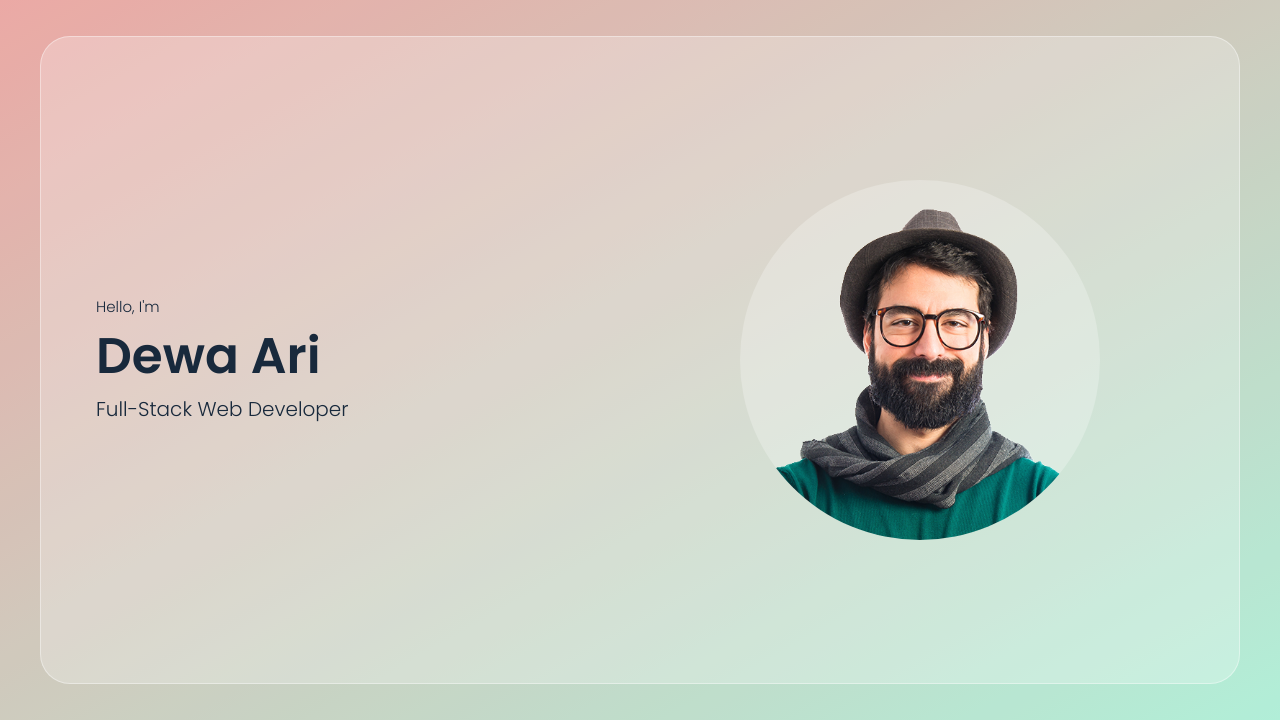
Repository: dewaary/Glassmorp-me
Page: index.html
The author's editor kept a copy of each file at every save. The page is drawn from the files as they stood at one save, then again after the next save.
The browser window is 1280 px wide. The pictures show the whole page.

Above is the page before, as saved 2021-05-12 22:24:45.

After the next save:
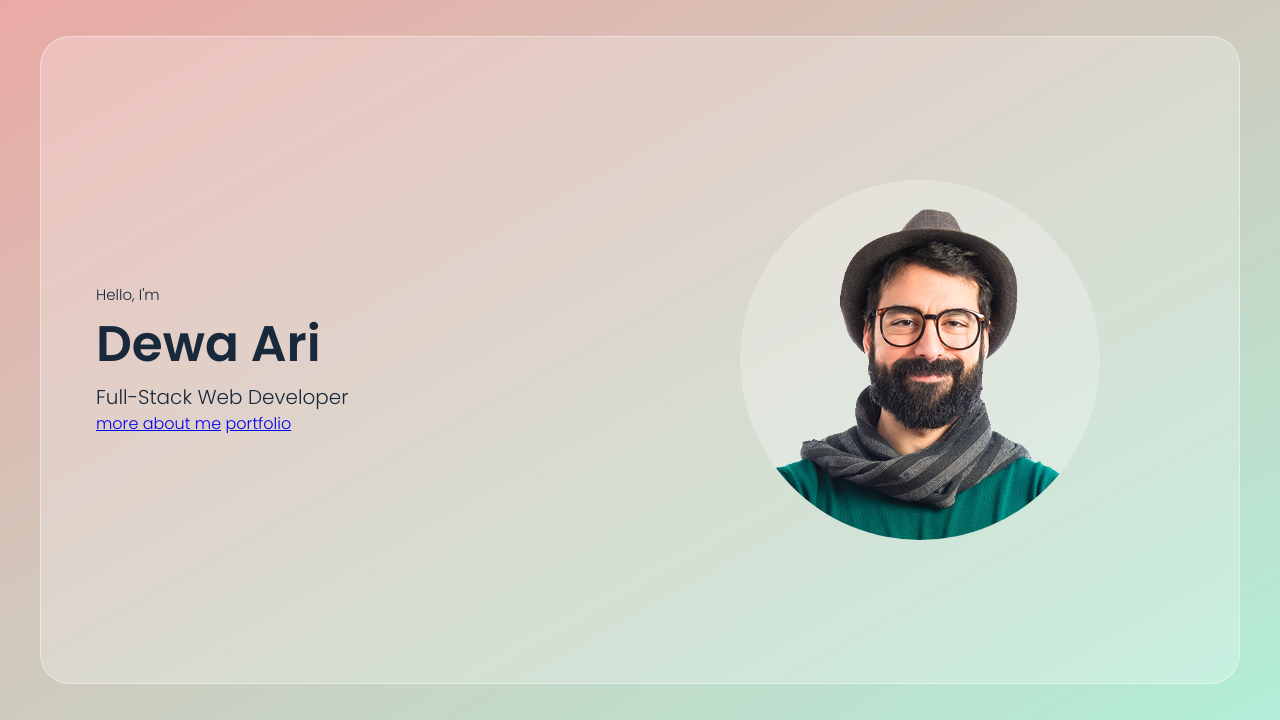
Saved 76 s later.
--- a/index.html
+++ b/index.html
@@ -19,6 +19,8 @@
                         <p>Hello, I'm</p>
                         <h1>Dewa Ari</h1>
                         <h2>Full-Stack Web Developer</h2>
+                        <a href="#">more about me</a>
+                        <a href="#">portfolio</a>
                     </div>
                     <div class="home-img">
                         <div class="img-box">
